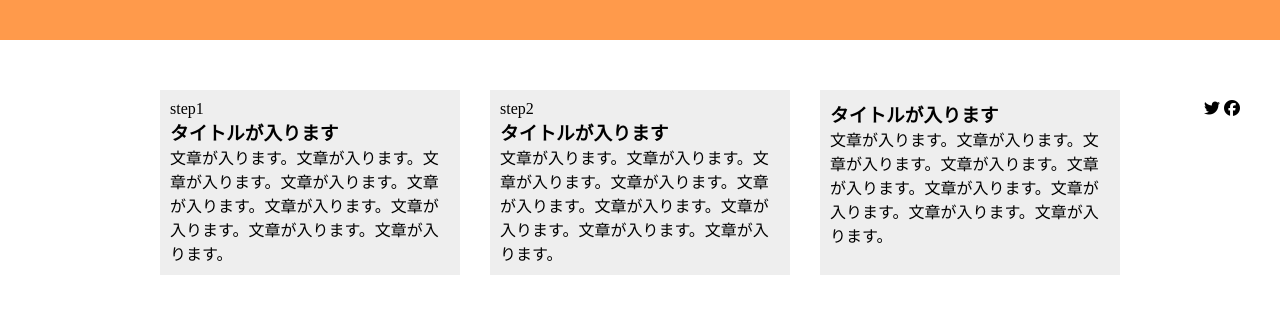
Repository: 825814/caravan2
Page: chapter9/index.html
The author's editor kept a record of every edit. The page is drawn from the files as they stood at one moment, then again after the next edit.
The browser window is 1280 px wide. The pictures show the whole page.
Some web libraries are served in a nearby version.

Above is the page before.

### chapter9/index.html
<!DOCTYPE html>
<html>
  <head>
    <meta http-equiv="content-type" content="text/html; charset=utf-8" />
    <title>chapter9</title>
    <script src="https://kit.fontawesome.com/4138dbd88f.js" crossorigin="anonymous"></script>
    <link rel="stylesheet" href="style.css" type="text/css" />
  </head>
  <body>
    <header>
      <div class="position">
        <i class="fa-brands fa-twitter"></i>
        <i class="fa-brands fa-facebook"></i>
      </div>
    </header>
    <main>
      <div class="step-box">
        <div class="step-img1"></div>
        <span class="step-nam">step1</span>
        <h3 class="title">タイトルが入ります</h3>
        <p class="text">文章が入ります。文章が入ります。文章が入ります。文章が入ります。文章が入ります。文章が入ります。文章が入ります。文章が入ります。文章が入ります。</p>
      </div>
      <div class="step-box">
        <div class="step-img2"></div>
        <span class="step-nam">step2</span>
        <h3 class="title">タイトルが入ります</h3>
        <p class="text">文章が入ります。文章が入ります。文章が入ります。文章が入ります。文章が入ります。文章が入ります。文章が入ります。文章が入ります。文章が入ります。</p>
      </div>
      <div class="step-box">
        <div class="step-img3"></div>
        <span class="step-nam"></span>
        <h3 class="title">タイトルが入ります</h3>
        <p class="text">文章が入ります。文章が入ります。文章が入ります。文章が入ります。文章が入ります。文章が入ります。文章が入ります。文章が入ります。文章が入ります。</p>
      </div>
    </main>

  </body>
</html>

### chapter9/style.css
* {
  margin: 0;
  padding: 0;
  box-sizing: border-box;
}

.fab {
  font-size: 32px;
}

.position {
  position: absolute;
  top: 100px;
  right: 40px;
}

header {
  height: 40px;
  background-color: #ff9a4b;
}

main {
  width: 960px;
  margin: 50px auto;
  display: flex;
}

.step-box {
  width: 300px;
  margin-right: 30px;
  padding: 10px;
  position: relative;
  background-color: #eee;
}

.step-box:last-child {
  margin-right: 0;
}

.step-img1 {
  background-image: url(img/flow01.png);
  background-position: bottom;
  background-size: cover;
}
footer {

}

After the next edit:
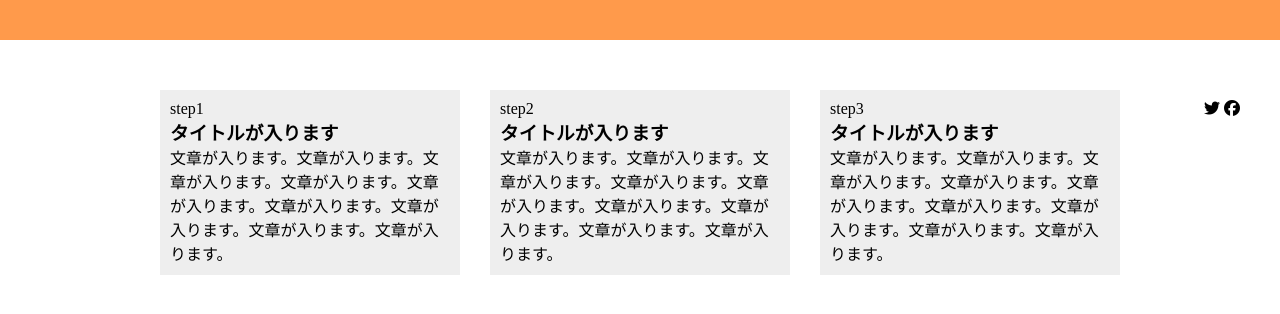
The edit:
--- a/chapter9/index.html
+++ b/chapter9/index.html
@@ -28,7 +28,7 @@
       </div>
       <div class="step-box">
         <div class="step-img3"></div>
-        <span class="step-nam"></span>
+        <span class="step-nam">step3</span>
         <h3 class="title">タイトルが入ります</h3>
         <p class="text">文章が入ります。文章が入ります。文章が入ります。文章が入ります。文章が入ります。文章が入ります。文章が入ります。文章が入ります。文章が入ります。</p>
       </div>
